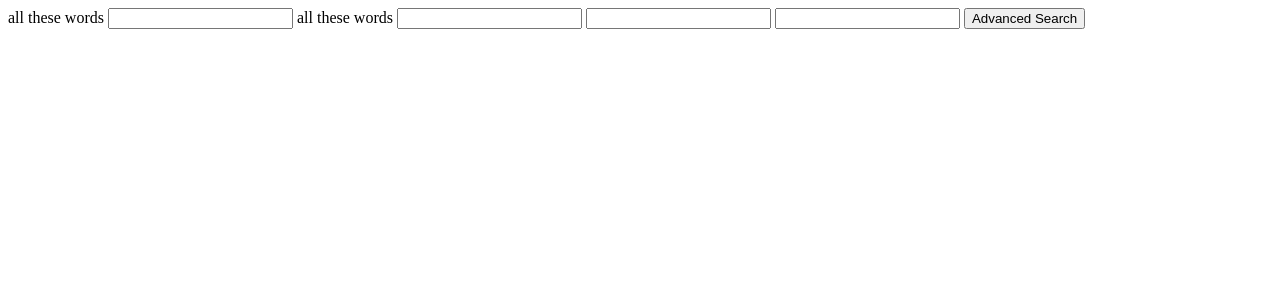
Repository: etentuk/search
Page: advanced_search.html
The author's editor kept a copy of each file at every save. The page is drawn from the files as they stood at one save, then again after the next save.
The browser window is 1280 px wide. The pictures show the whole page.

Above is the page before, as saved 2021-11-03 22:52:33.

### advanced_search.html
<!DOCTYPE html>
<html lang="en">
    <head>
        <title>Search</title>
    </head>
    <body>
        <form action="https://google.com/search">
            <label>all these words </label>
            <input type="text" id="" name="as_q">
            <label>all these words </label>
            <input type="text" name="as_epq">
            <input type="text" name="as_oq">
            <input type="text" name="as_eq">
            <input type="submit" value="Advanced Search">
        </form>
    </body>
</html>

After the next save:
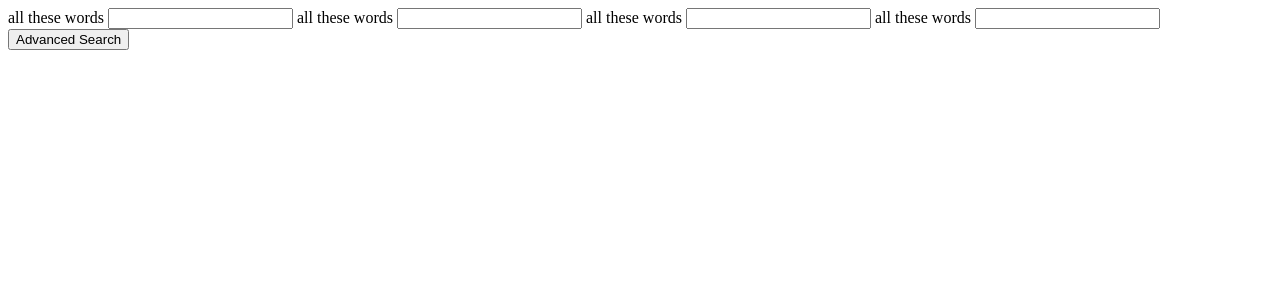
Saved 9 s later.
--- a/advanced_search.html
+++ b/advanced_search.html
@@ -9,7 +9,9 @@
             <input type="text" id="" name="as_q">
             <label>all these words </label>
             <input type="text" name="as_epq">
+            <label>all these words </label>
             <input type="text" name="as_oq">
+            <label>all these words </label>
             <input type="text" name="as_eq">
             <input type="submit" value="Advanced Search">
         </form>
